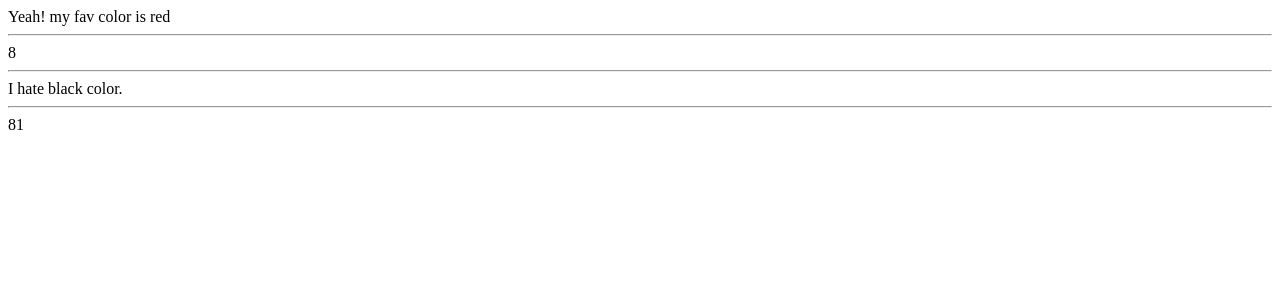
Repository: hsumyatm7308/PHP
Page: http://localhost/l38trycatch.php
An editor plug-in stored every save of this project. The page is shown before and after the next save, followed by the edit.
The browser window is 1280 px wide. The pictures show the whole page.
The page is run by PHP 8.4 with error messages shown; the project is at /var/www/html/.

Above is the page before, as saved 2023-05-12 17:52:57.

After the next save:
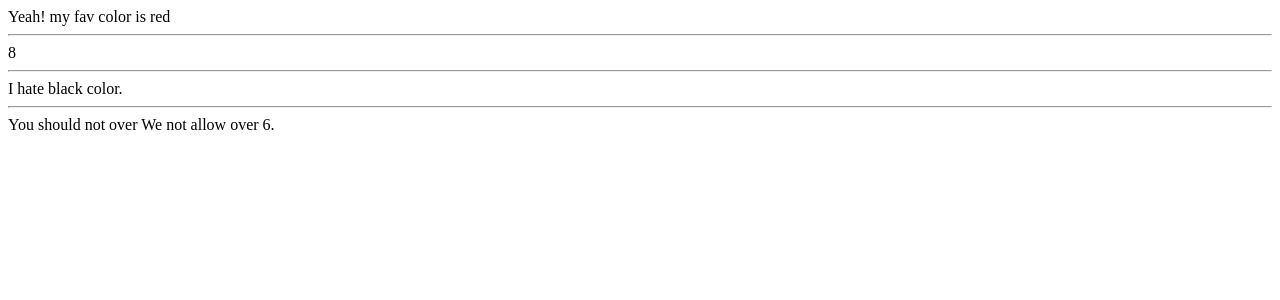
Saved 35 s later.
--- a/part1/l38trycatch.php
+++ b/part1/l38trycatch.php
@@ -75,7 +75,7 @@ function mynumber($base,$power){
 }
 
 try{
-    echo mynumber(3,4);
+    echo mynumber(3,6);
 }catch(Exception $e){
     echo "You should not over ".$e->getMessage();
 }
